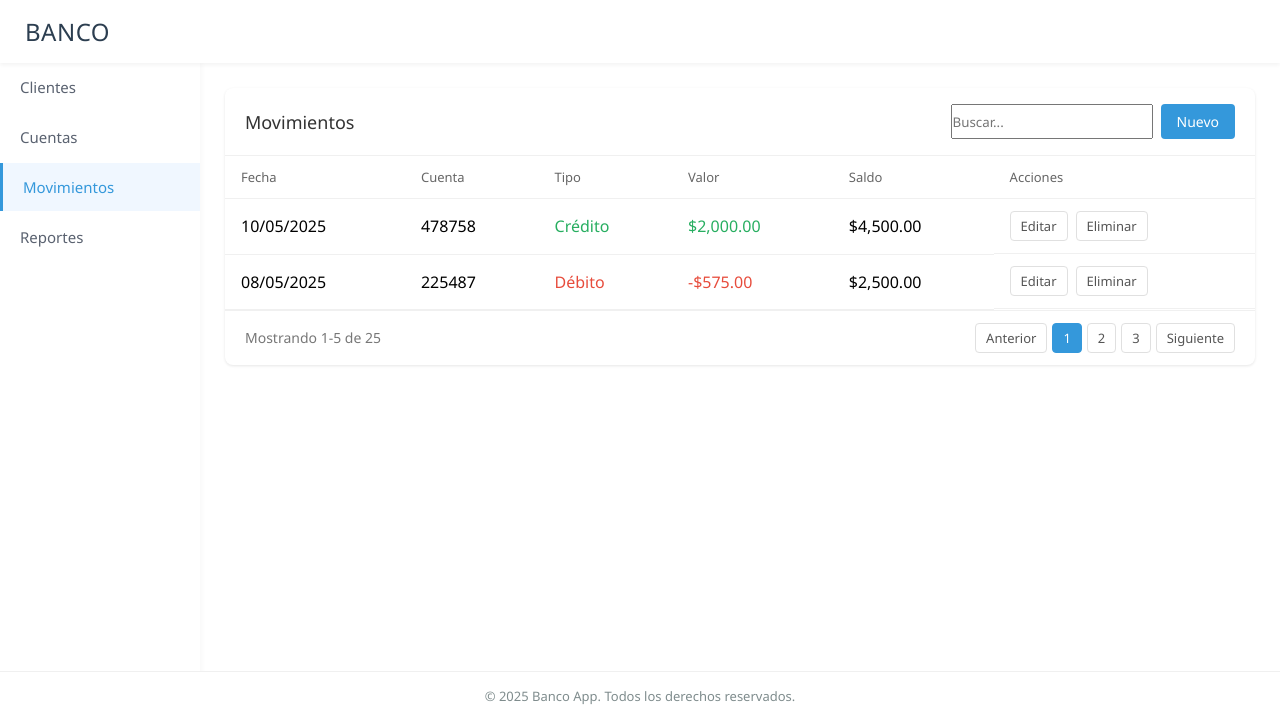
Repository: nder1996/Bank-Devsu
Page: /movimientos (app in Frontend/banco-devsu/)
The author's editor kept a copy of each file at every save. The page is drawn from the files as they stood at one save, then again after the next save.
The browser window is 1280 px wide. The pictures show the whole page.
The project was rebuilt for these pictures with package versions that can differ from the ones it lists, and the page was loaded fresh each time. Also part of the build but not shown: Frontend/banco-devsu/angular.json, Frontend/banco-devsu/src/app/presentation/pages/clientes/clientes.component.ts, Frontend/banco-devsu/src/app/core/services/cliente.service.ts, Frontend/banco-devsu/src/environments/environment.ts, Frontend/banco-devsu/src/app/presentation/pages/cuentas/cuentas.component.ts, Frontend/banco-devsu/src/app/presentation/pages/reportes/reportes.component.ts.

Above is the page before, as saved 2025-08-22 09:19:20.

After the next save:
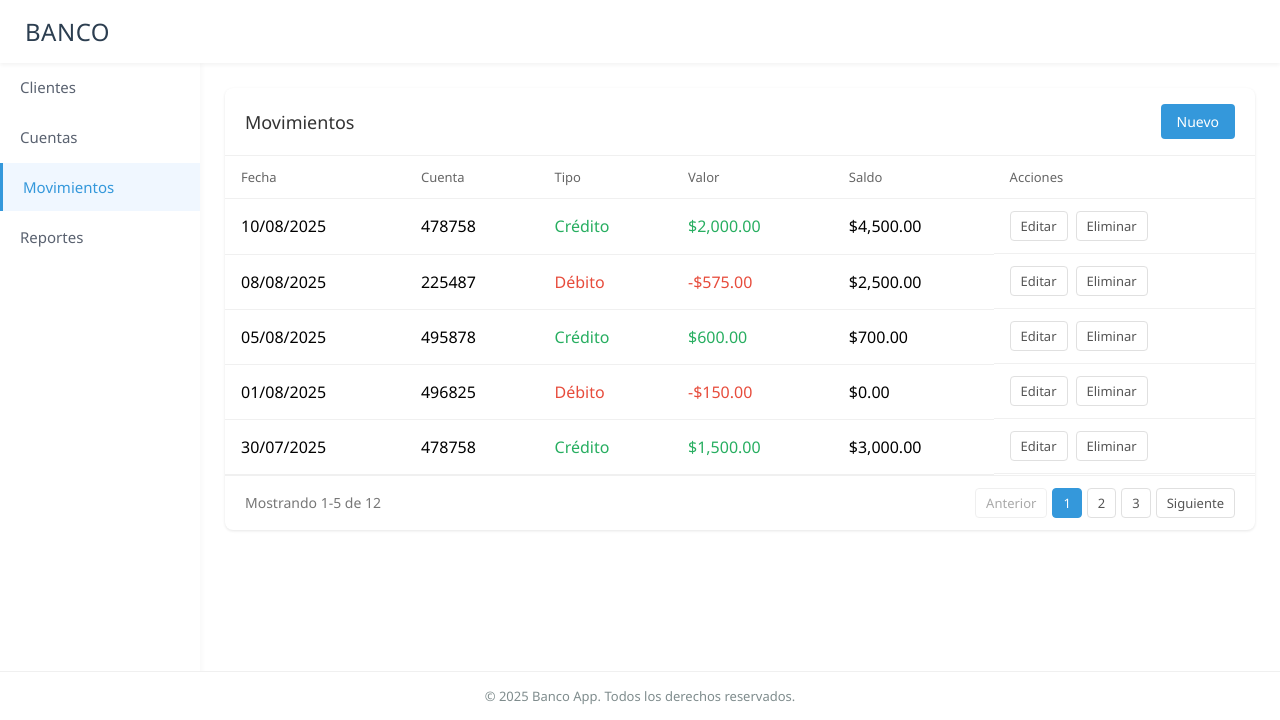
Saved 7 s later.
--- a/Frontend/banco-devsu/src/app/presentation/pages/movimientos/movimientos.component.html
+++ b/Frontend/banco-devsu/src/app/presentation/pages/movimientos/movimientos.component.html
@@ -1,14 +1,11 @@
 <div class="table-section">
-  <!-- Título y barra de búsqueda -->
+  <!-- Cabecera -->
   <div class="table-header">
     <h2>Movimientos</h2>
-    <div class="actions">
-      <input type="text" class="search" placeholder="Buscar...">
-      <button class="btn-add">Nuevo</button>
-    </div>
+    <button class="btn-add">Nuevo</button>
   </div>
 
-  <!-- Tabla de datos -->
+  <!-- Tabla -->
   <table class="data-table">
     <thead>
       <tr>
@@ -21,41 +18,45 @@
       </tr>
     </thead>
     <tbody>
-      <tr>
-        <td>10/05/2025</td>
-        <td>478758</td>
-        <td class="tipo-credito">Crédito</td>
-        <td class="valor-positivo">$2,000.00</td>
-        <td>$4,500.00</td>
+      <tr *ngFor="let item of paginatedItems">
+        <td>{{item.fecha}}</td>
+        <td>{{item.cuenta}}</td>
+        <td [ngClass]="item.tipo === 'Crédito' ? 'tipo-credito' : 'tipo-debito'">
+          {{item.tipo}}
+        </td>
+        <td [ngClass]="item.valor > 0 ? 'valor-positivo' : 'valor-negativo'">
+          {{item.valor | currency}}
+        </td>
+        <td>{{item.saldo | currency}}</td>
         <td class="actions">
           <button class="btn-edit">Editar</button>
           <button class="btn-delete">Eliminar</button>
         </td>
       </tr>
-      <tr>
-        <td>08/05/2025</td>
-        <td>225487</td>
-        <td class="tipo-debito">Débito</td>
-        <td class="valor-negativo">-$575.00</td>
-        <td>$2,500.00</td>
-        <td class="actions">
-          <button class="btn-edit">Editar</button>
-          <button class="btn-delete">Eliminar</button>
-        </td>
-      </tr>
-      <!-- Filas adicionales aquí -->
     </tbody>
   </table>
 
   <!-- Paginación simple -->
   <div class="pagination">
-    <span class="page-info">Mostrando 1-5 de 25</span>
+    <span class="page-info">
+      Mostrando {{startIndex + 1}}-{{endIndex}} de {{items.length}}
+    </span>
     <div class="page-controls">
-      <button class="page-btn">Anterior</button>
-      <button class="page-btn active">1</button>
-      <button class="page-btn">2</button>
-      <button class="page-btn">3</button>
-      <button class="page-btn">Siguiente</button>
+      <button class="page-btn" [disabled]="currentPage === 1" (click)="changePage(currentPage - 1)">
+        Anterior
+      </button>
+
+      <button
+        *ngFor="let page of pages"
+        class="page-btn"
+        [class.active]="page === currentPage"
+        (click)="changePage(page)">
+        {{page}}
+      </button>
+
+      <button class="page-btn" [disabled]="currentPage === totalPages" (click)="changePage(currentPage + 1)">
+        Siguiente
+      </button>
     </div>
   </div>
 </div>
